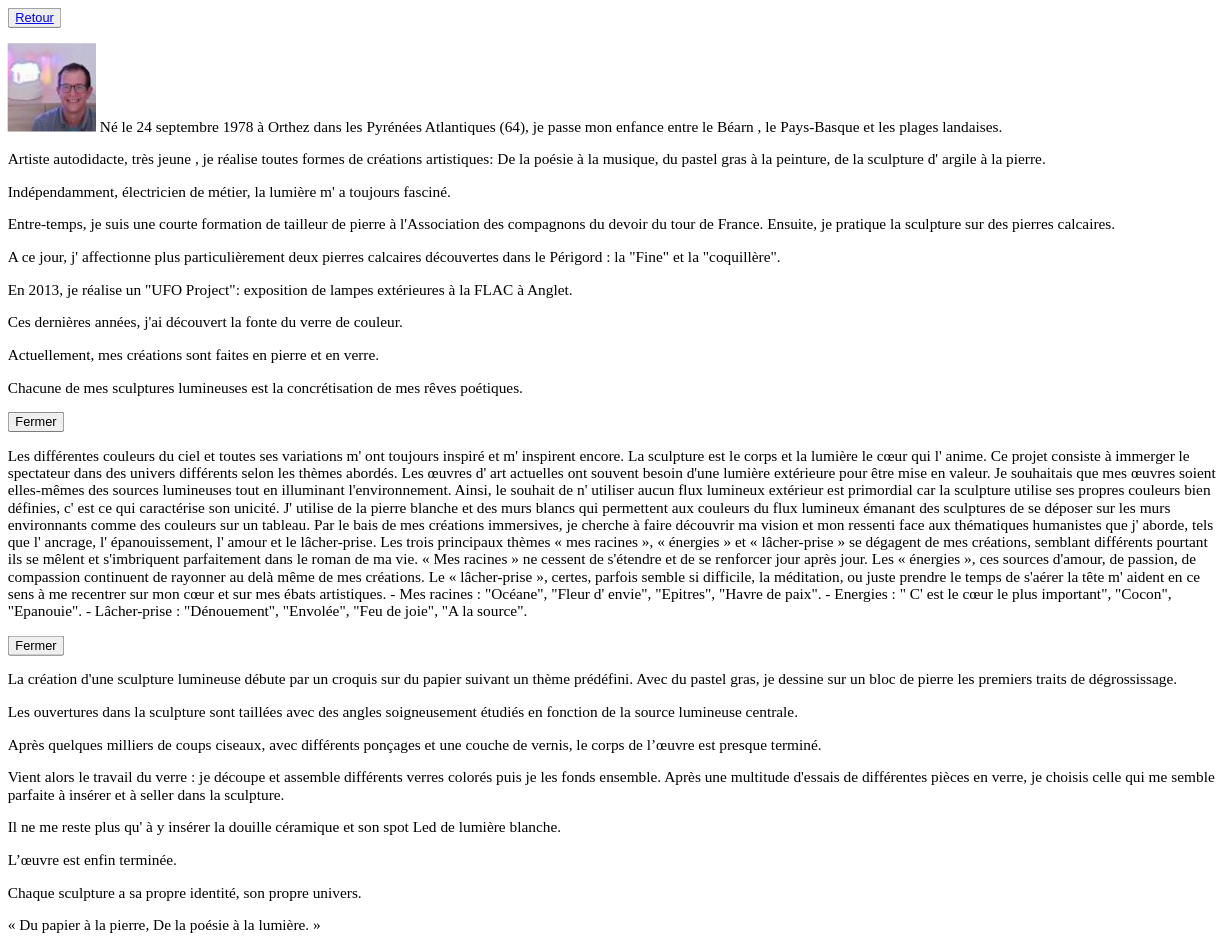
Repository: lysianebo/EricBidart
Page: presentation_more.html
An editor plug-in stored every save of this project. The page is shown before and after the next save, followed by the edit.
The browser window is 1280 px wide. The pictures show the whole page, at 96% of full size.

Above is the page before, as saved 2023-10-29 07:26:13.

After the next save:
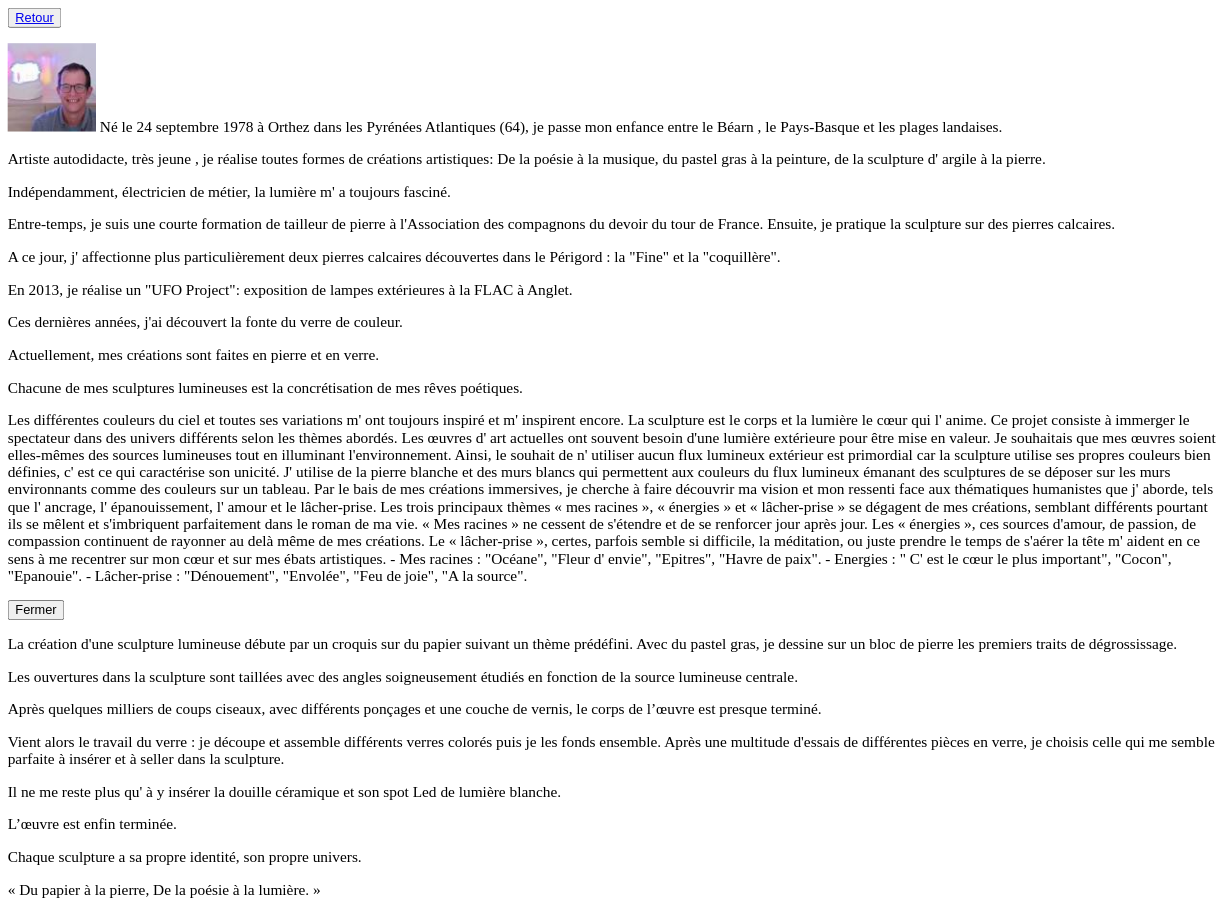
Saved 5 min 26 s later.
--- a/presentation_more.html
+++ b/presentation_more.html
@@ -33,7 +33,6 @@
     </div>
     <div class="hidden"
         id="demarche-content">
-        <button class="close-button">Fermer</button>
         <p>Les différentes couleurs du ciel et toutes ses variations m' ont toujours inspiré et m' inspirent encore.
 
             La sculpture est le corps et la lumière le cœur qui l' anime.
